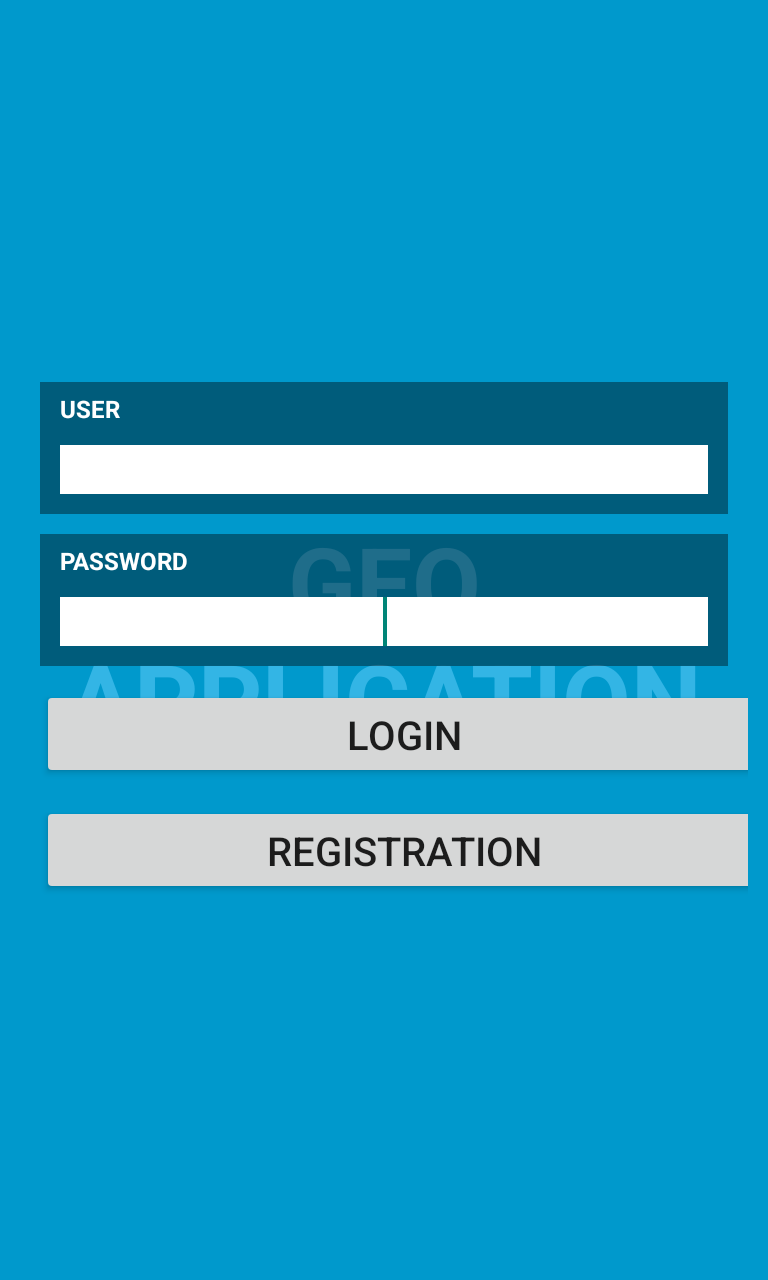
Repository: sebastianR1001/GeoApplication
Layout: GeoApplication/res/layout/login_fullscreen.xml
The author's editor kept a copy of each file at every save. The layout is drawn from the files as they stood at one save, then again after the next save.
It is drawn on a 768 x 1280 px phone screen (xhdpi) without system bars, with theme AppTheme; the app's code is not run.

Above is the layout before, as saved 2014-10-25 19:02:30.

After the next save:
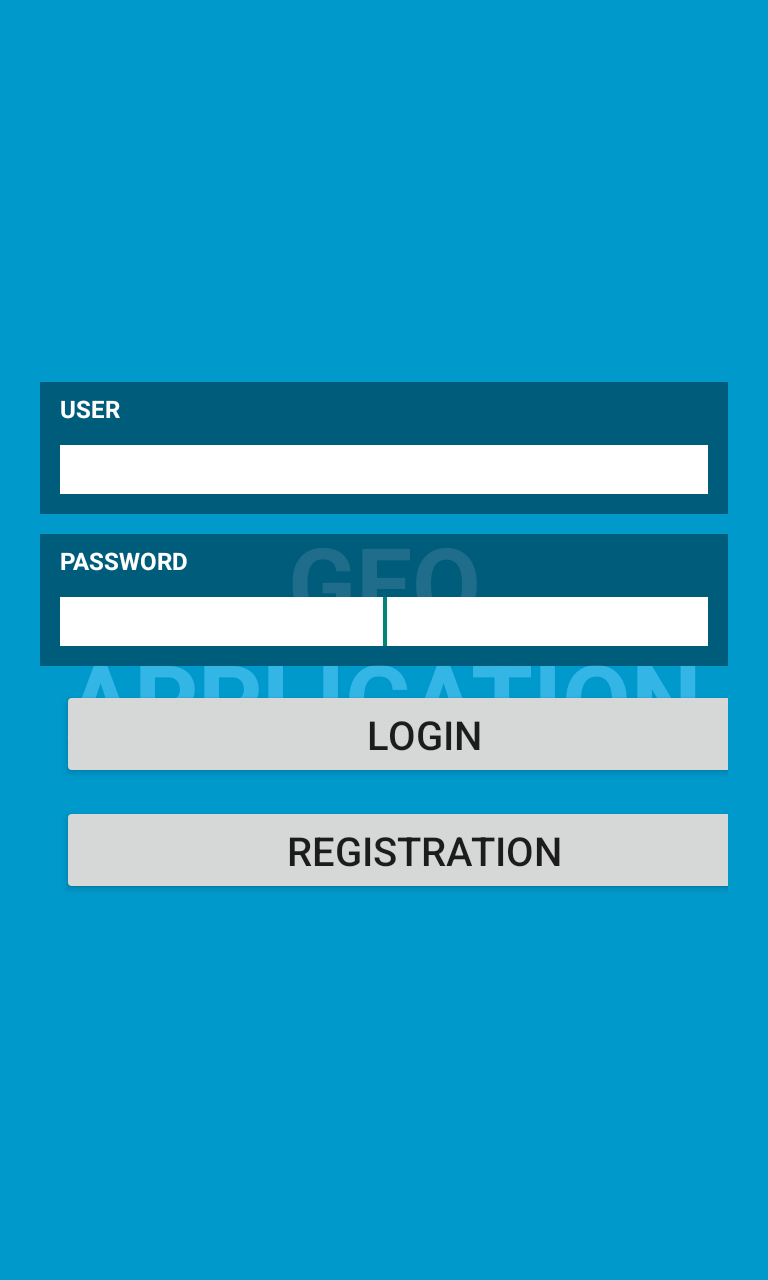
Saved 86 s later.
--- a/GeoApplication/res/layout/login_fullscreen.xml
+++ b/GeoApplication/res/layout/login_fullscreen.xml
@@ -121,6 +121,8 @@
             android:layout_width="wrap_content"
             android:layout_height="wrap_content"
             android:layout_marginTop="10dp"
+            android:layout_marginRight="10dp"
+            android:layout_marginLeft="10dp"
             >
 
             <Button
@@ -138,6 +140,8 @@
             android:layout_width="wrap_content"
             android:layout_height="wrap_content"
             android:layout_marginTop="10dp"
+            android:layout_marginRight="10dp"
+            android:layout_marginLeft="10dp"
             >
 
             <Button
